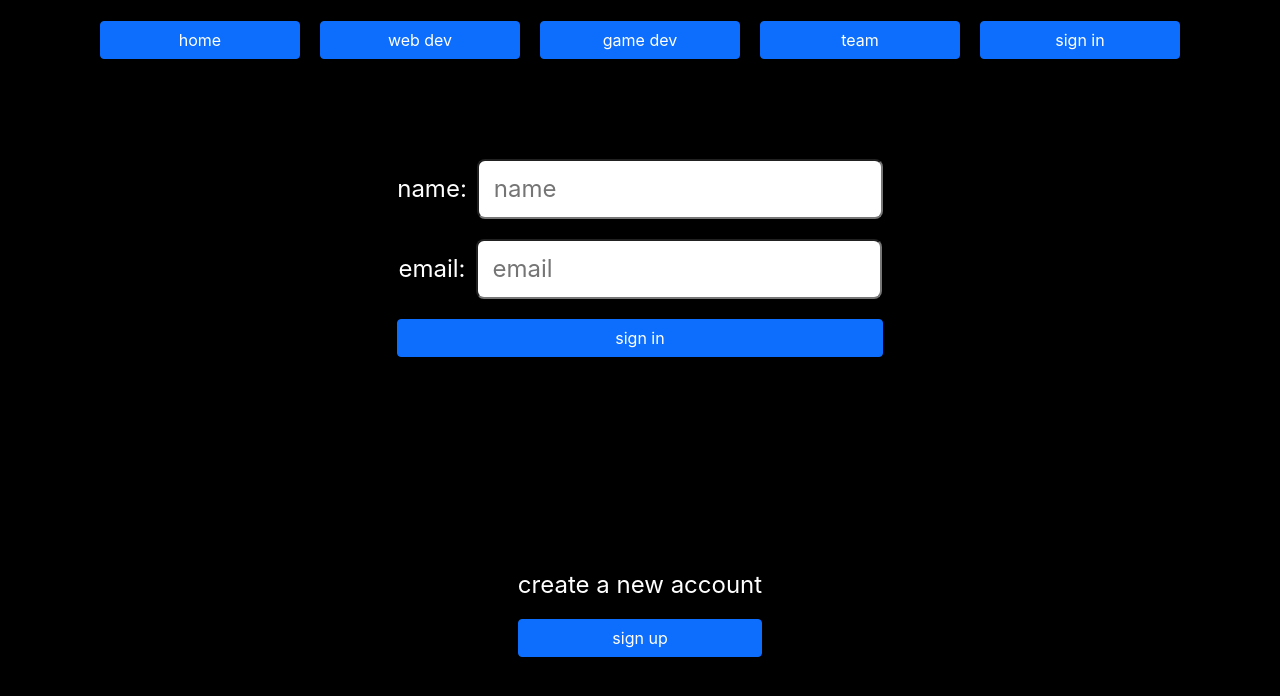
Repository: romAtam/5778
Page: /signin
An editor plug-in stored every save of this project. The page is shown before and after the next save, followed by the edit.
The browser window is 1280 px wide. The pictures show the whole page.
The page's requests for data from a server got no answer. The project was rebuilt for these pictures with package versions that can differ from the ones it lists, and the page was loaded fresh each time. No one was signed in, and anything a server would have sent is missing. Also part of the build but not shown: src/Pages/Home.js, src/Pages/Game.js, src/Pages/Web.js, src/Pages/Team.js, src/Pages/User.js, src/Pages/Register.js.

Above is the page before, as saved 2021-12-12 12:53:03.

After the next save:
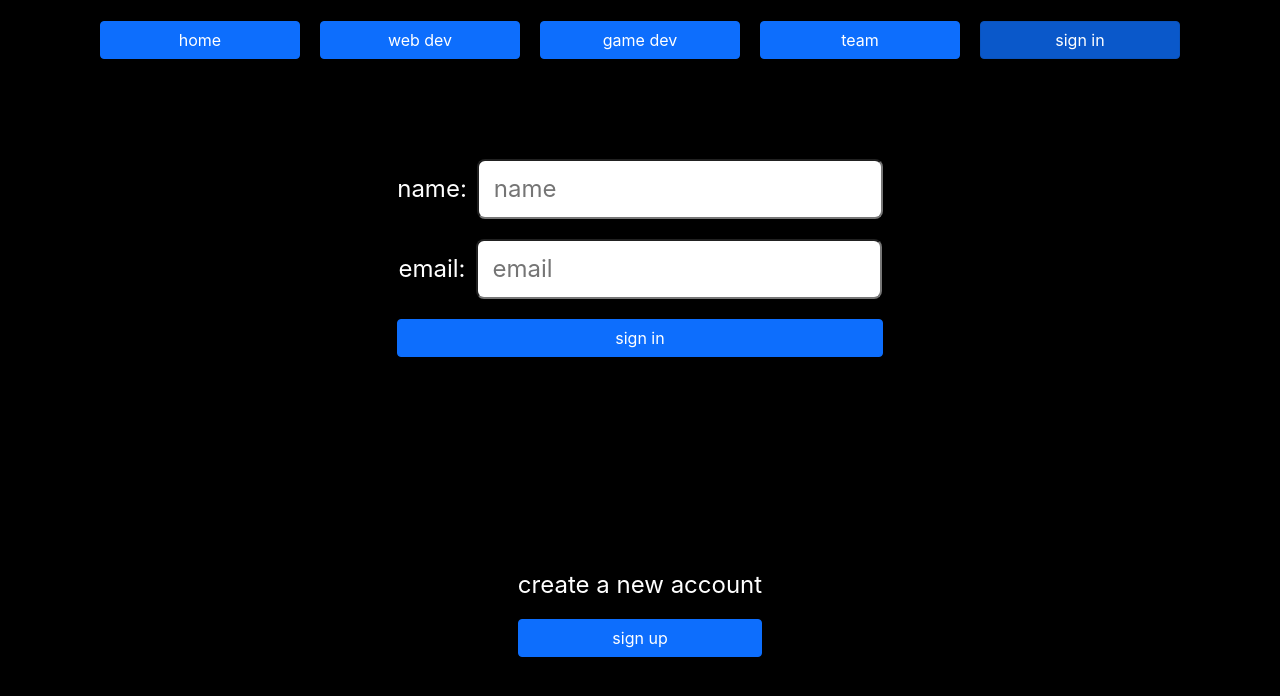
Saved 5 min 51 s later.
--- a/src/Nav.js
+++ b/src/Nav.js
@@ -1,5 +1,5 @@
 import React from 'react'
-import{Link} from "react-router-dom"
+import{NavLink} from "react-router-dom"
 import styled from "styled-components"
 
 const NavContainer=styled.div`
@@ -27,11 +27,11 @@ const Nav = () => {
 
     return (
         <NavContainer>
-               <Link className="btn btn-primary" to="/">home</Link>
-               <Link className="btn btn-primary" to="/web">web dev</Link>
-               <Link className="btn btn-primary" to="/game">game dev</Link>
-               <Link className="btn btn-primary" to="/team">team</Link>
-               <Link className="btn btn-primary" to="/signin">sign in</Link>
+               <NavLink className="btn btn-primary" to="/">home</NavLink>
+               <NavLink className="btn btn-primary" to="/web">web dev</NavLink>
+               <NavLink className="btn btn-primary" to="/game">game dev</NavLink>
+               <NavLink className="btn btn-primary" to="/team">team</NavLink>
+               <NavLink className="btn btn-primary" to="/signin">sign in</NavLink>
         </NavContainer>
     )
 }
